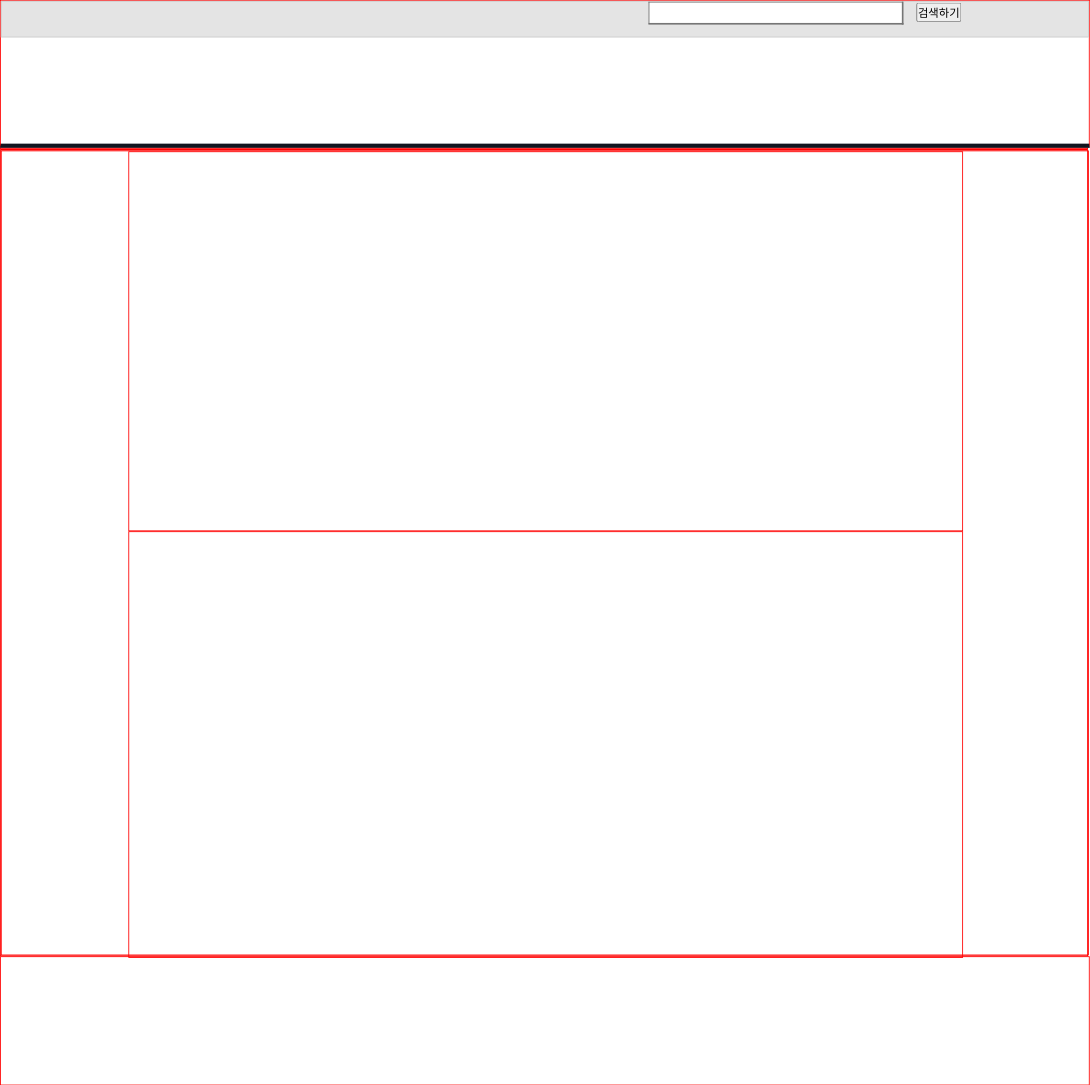
Repository: jungsoon-kim/home_study
Page: study/webzine.html
An editor plug-in stored every save of this project. The page is shown before and after the next save, followed by the edit.
The browser window is 1280 px wide. The page is 1282 px wide, so the pictures cover 1282 px, including what lies to the right of the window. The pictures show the whole page, at 85% of full size.

Above is the page before, as saved 2015-09-14 14:31:51.

### study/webzine.html
<!doctype html>
<html lang="en">
<head>
	<meta charset="UTF-8" />
	<title>Document</title>
	<link rel="stylesheet" href="common.css" />
</head>
<body>
	<div id="wrap">
		<div id="header" class="bd">
				<div class="header-top">
					<div class="wrap">
						<fieldset>
							<legend class="ir">검색하기</legend>
							<label for="search"> </label>
							<input type="text" id="search" />
							<input type="submit" value="검색하기" />
						</fieldset>
					</div><!--common wrap[ex]-->

				</div><!--header-top[ex]-->
			<div class="wrap">


			</div><!--common wrap[ex]-->

		</div><!--header[ex]-->

		<div id="container" class="bd">

			<div id="visual" class="bd">


			</div><!--visual[ex]-->

			<div id="content" class="bd">
				<div class="wrap">
					<div class="article-top bd">

					</div><!--article-top[ex]-->

					<div class="article-down bd">

					</div><!--article-down[ex]-->

				</div><!--common wrap[ex]-->

			</div>

		</div><!--container[ex]-->

		<div id="footer" class="bd">
			<div class="wrap">


			</div><!--common wrap[ex]-->


		</div><!--footer[ex]-->


	</div><!--wrap[ex]-->


</body>
</html>

### study/common.css
*{margin: 0; padding: 0;}
ul,li {list-style-type: none;}
a {text-decoration: none;}
fieldset {border: 0 none;}
.clearfix:after {display:block; visibility:hidden; clear:both; height:0; content:'';}
.clearfix {*zoom:1;}
fieldset {border:0 none;}

.ir {width: 0; height: 0; font-size: 0; position:absolute; left:-999999px; top:-999999px; overflow:hidden;}
.bd {border:1px solid red;}
.bu {border: 1px solid blue;}
.by {border: 1px solid yellow;}
.bp { border:1px solid purple;}
.bb {border: 1px solid black;}
.bl {border:1px solid green;}

/*레이아웃*/
#wrap {width: 100%; height:auto; }
.wrap {width: 980px; margin: 0 auto;}
#header {width:100%; height:168px; border-bottom:5px #12151f solid;}
.header-top{height: 41px; background:#e4e4e4; border: 1px solid #cdcdcd;}
.header-top .wrap fieldset {float:right;}
.header-top .wrap fieldset input[type="text"] {width: 277px; height: 24px; padding:0 10px ;
 border-left: 1px solid #666; border-top: 1px solid #666; margin-right:11px;}








#contaier {width: 100%; height:1280px;}
.visual {width: 100%; height: 335px;}
#content {width: 100%; height: 945px;}
.article-top {width: 980px; height:445px;}
.article-down {width: 980px; height:500px;}
#footer {width: 100%; height:150px}

After the next save:
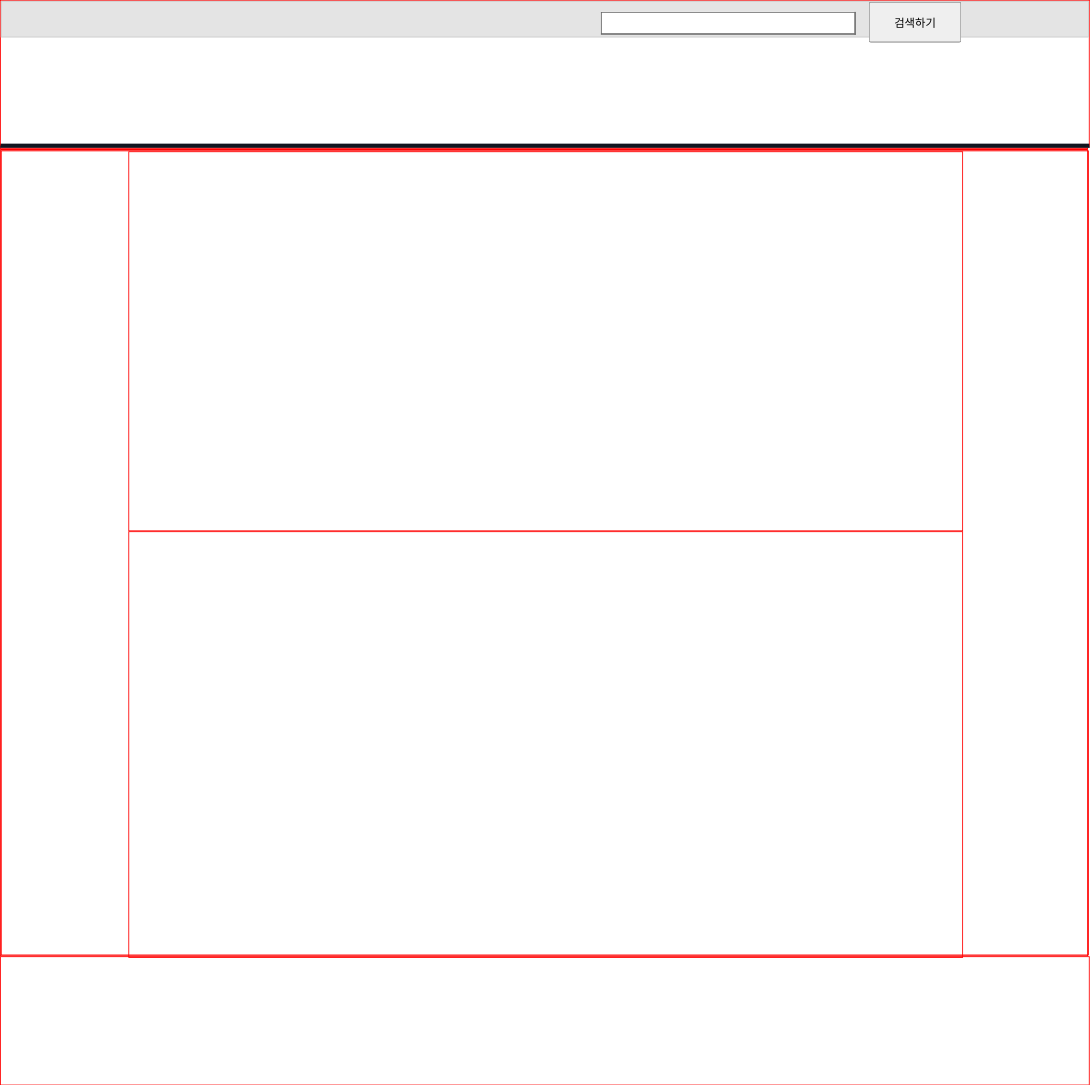
Saved 75 s later.
--- a/study/common.css
+++ b/study/common.css
@@ -22,6 +22,7 @@ fieldset {border:0 none;}
 .header-top .wrap fieldset {float:right;}
 .header-top .wrap fieldset input[type="text"] {width: 277px; height: 24px; padding:0 10px ;
  border-left: 1px solid #666; border-top: 1px solid #666; margin-right:11px;}
+.header-top .wrap fieldset input[type="submit"] {width: 109px; height: 48px;}
 
 
 
